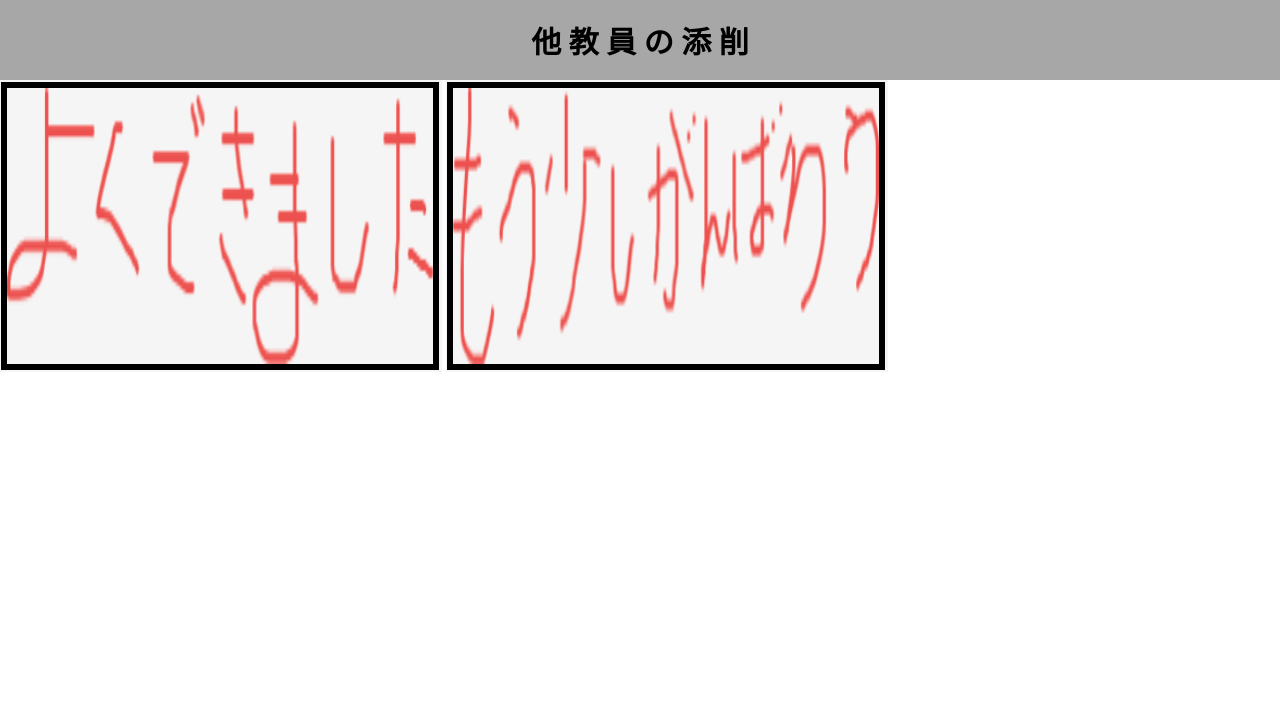
Repository: k-murakami18/canvas_v2
Page: teacher.html
The author's editor kept a copy of each file at every save. The page is drawn from the files as they stood at one save, then again after the next save.
The browser window is 1280 px wide. The pictures show the whole page.

Above is the page before, as saved 2021-01-12 15:47:23.

After the next save:
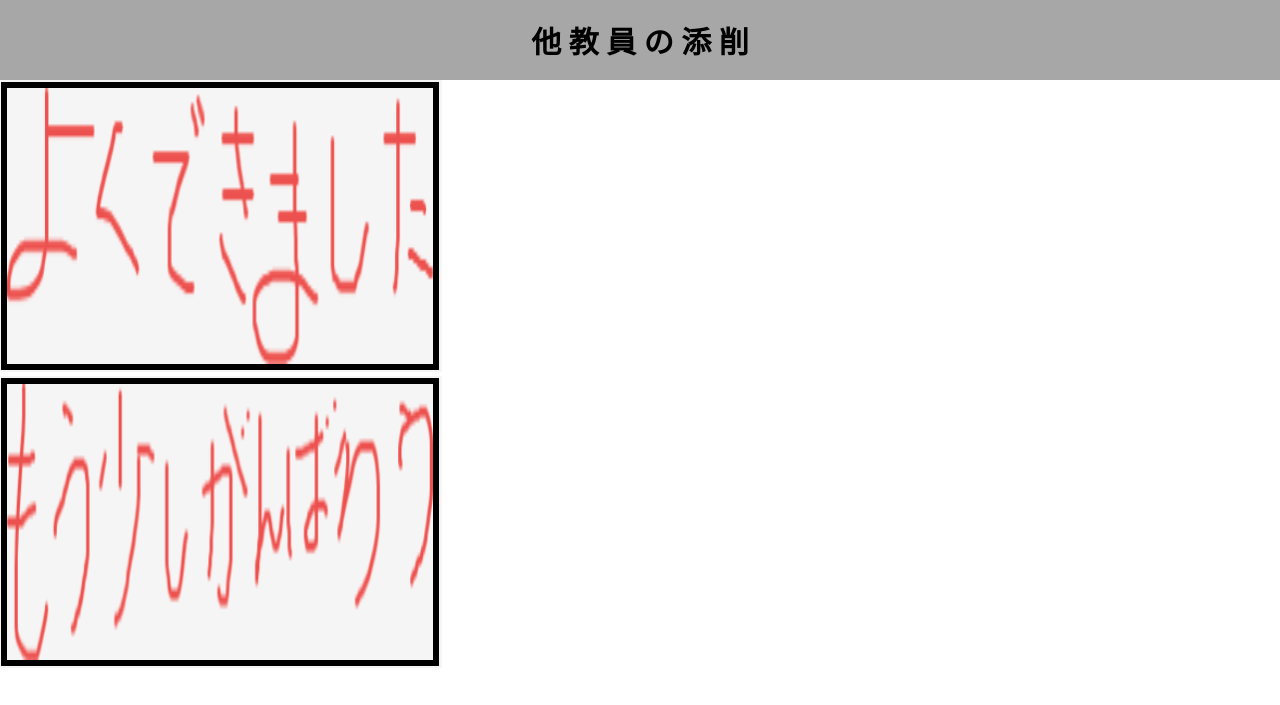
Saved 54 s later.
--- a/teacher.html
+++ b/teacher.html
@@ -20,7 +20,9 @@
     <h1 id="title">他 教 員 の 添 削</h1>
   </div>
 
-  <img src="img/ok.png">
+  <div>
+    <img src="img/ok.png">
+  </div>
   <img src="img/bad.png">
 
 </body>
